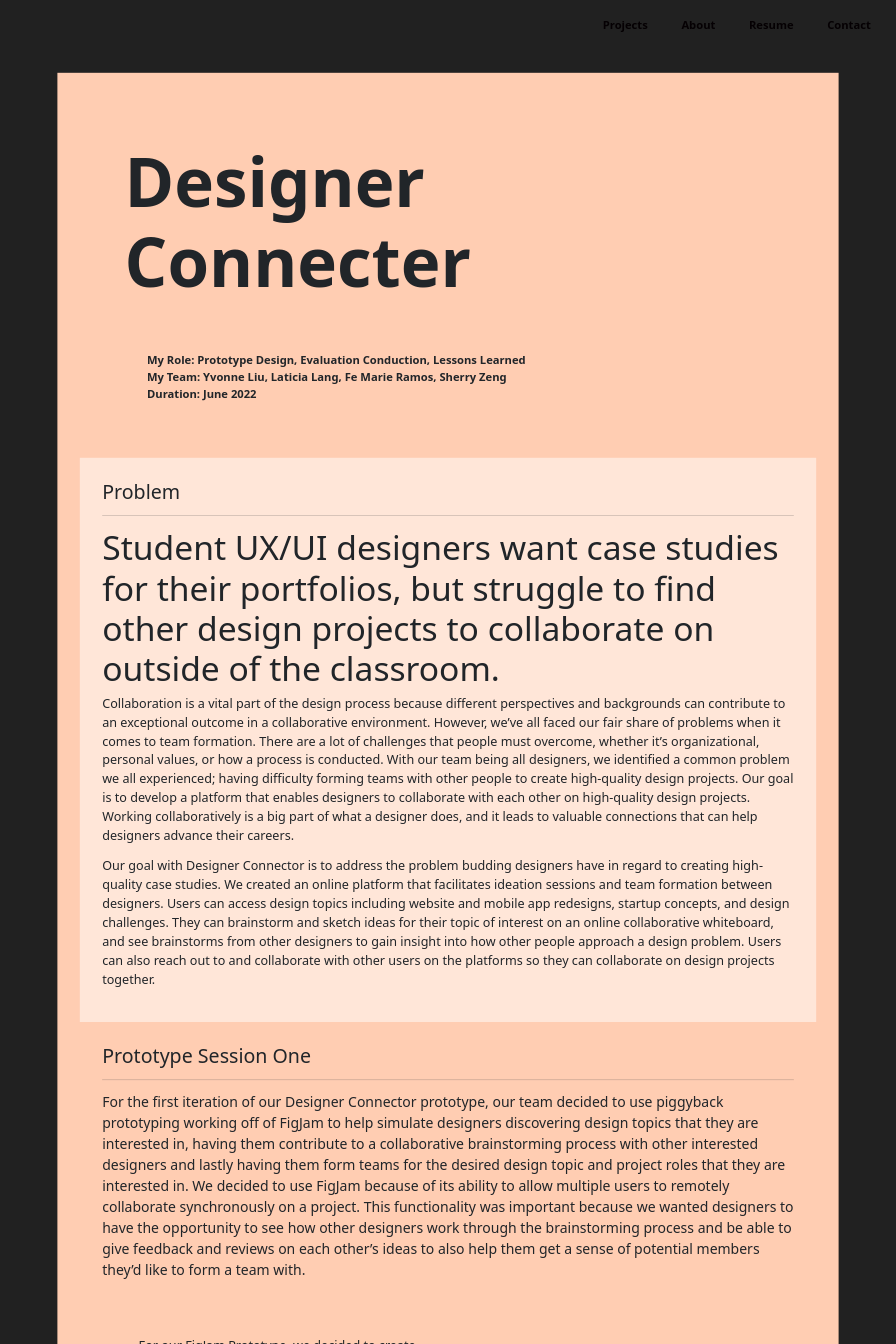
Repository: thais-chen/Portfolio
Page: designer.html
An editor plug-in stored every save of this project. The page is shown before and after the next save, followed by the edit.
The browser window is 1280 px wide. The pictures show the part of the page from y = 0 to 1920 px (the page is 11273 px tall), at 70% of full size.
A picture or video elsewhere on the page could not be fetched, so the positions and the page height are approximate.

Above is the page before, as saved 2022-06-21 03:20:11.

After the next save:
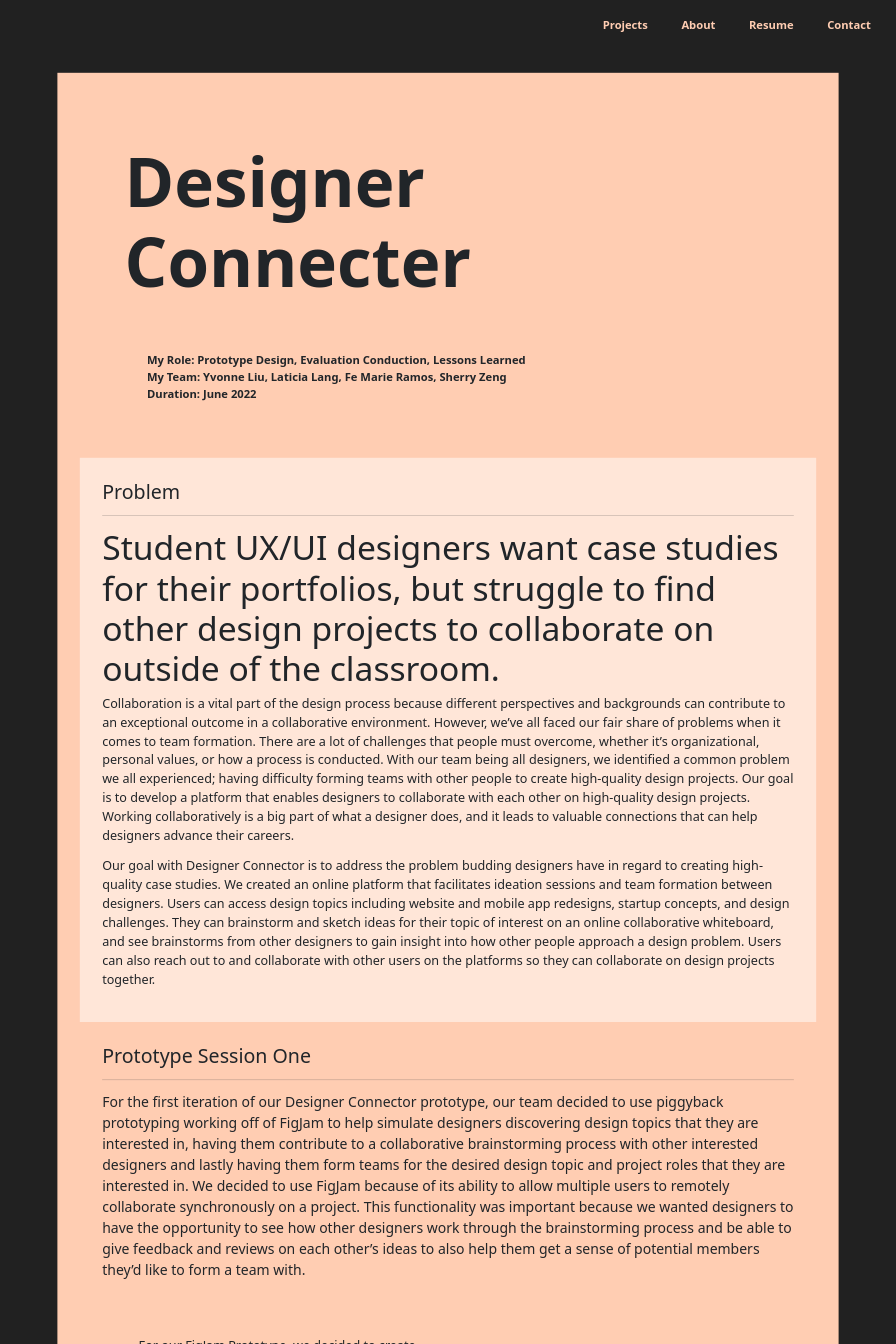
Saved 21 s later.
--- a/designer.css
+++ b/designer.css
@@ -41,7 +41,7 @@ img{
     padding: 1.5rem;
 }
 
-a:link {  color: #050003; text-decoration: none;}
+a:link {  color: #ffcdb2; text-decoration: none;}
 
 
 a:visited {  color: #ffcdb2; text-decoration: none; }
